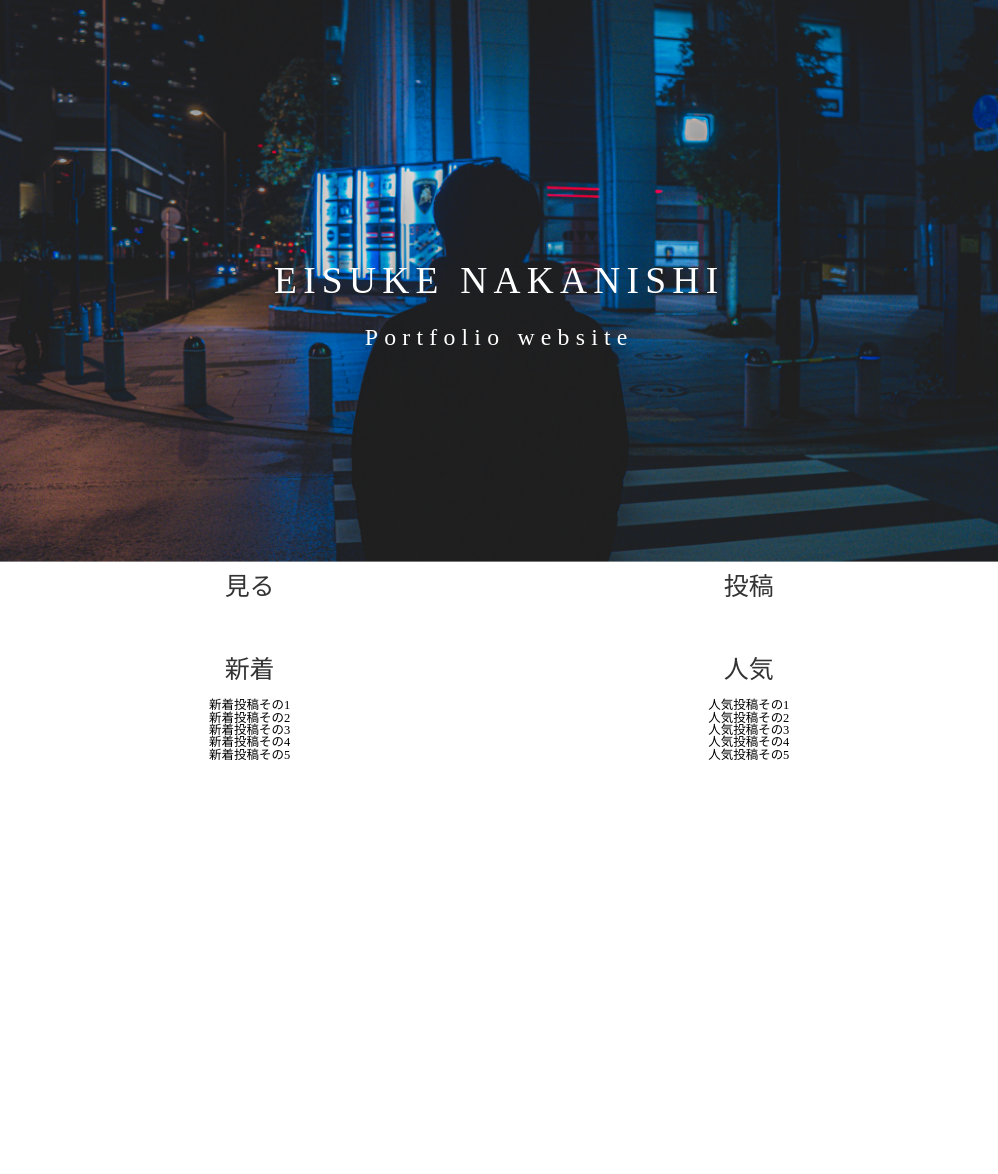
Repository: KustomApe/LandorusInc
Page: index.html
The author's editor kept a copy of each file at every save. The page is drawn from the files as they stood at one save, then again after the next save.
The browser window is 1280 px wide. The pictures show the whole page, at 78% of full size.

Above is the page before, as saved 2021-07-24 13:18:17.

After the next save:
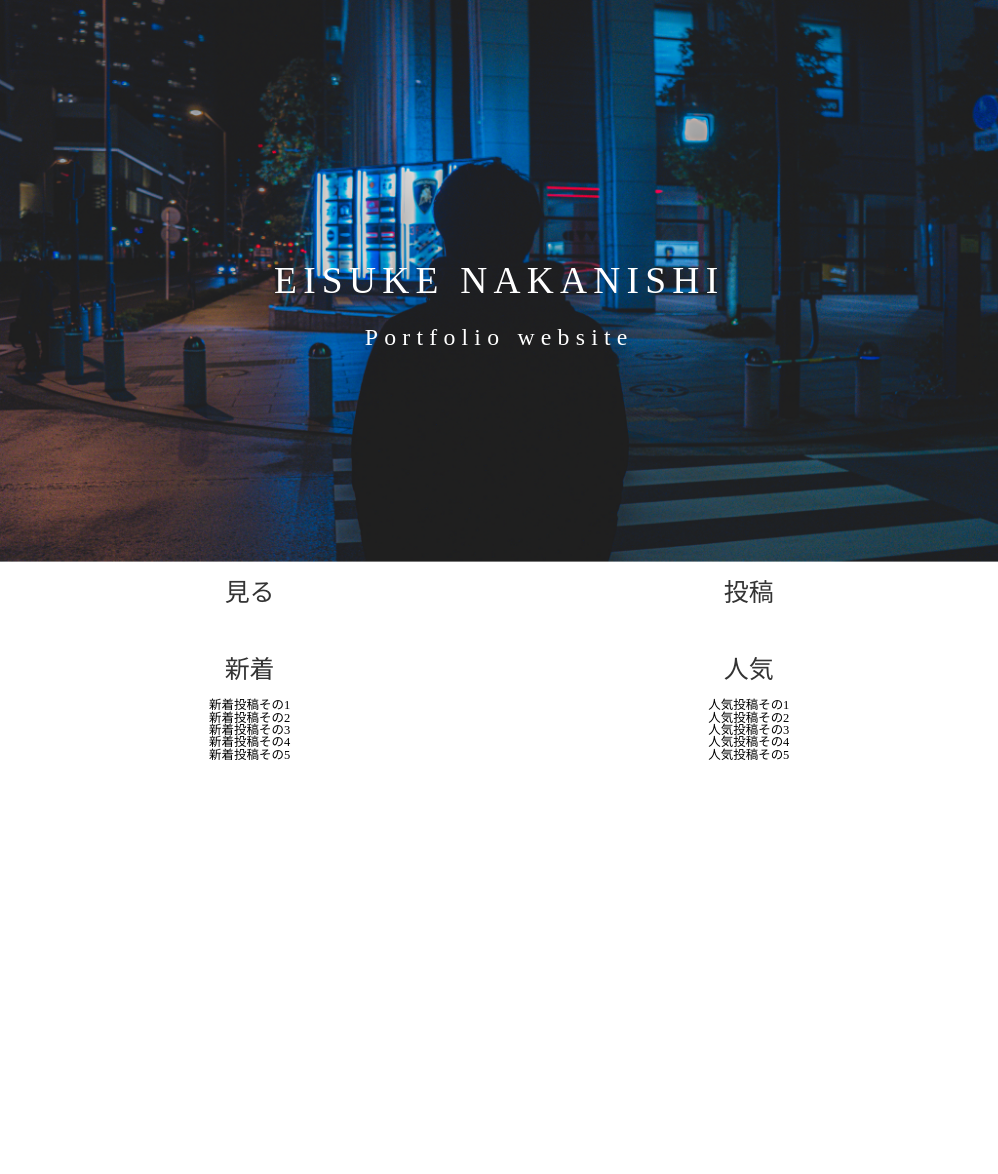
Saved 10 s later.
--- a/assets/css/style.css
+++ b/assets/css/style.css
@@ -57,7 +57,7 @@ div.contents ul#main_btn li {
     height: 5vh;
     line-height: 5vh;
     margin: 0 auto;
-    padding: 2vh 0;
+    padding: 3vh 0;
     font-size: 2rem;
     color: #333;
     text-align: center;
